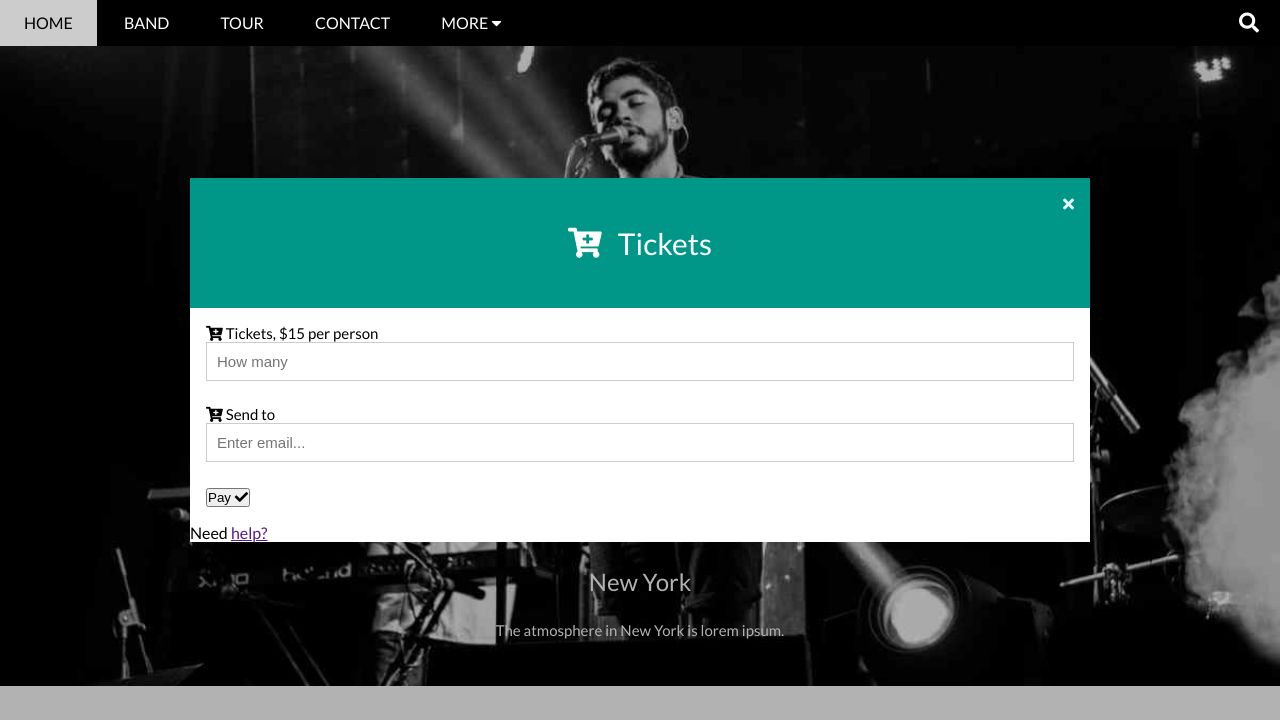
Repository: phunobi1807/theband
Page: index.html
These files come from the project's save history. The page is drawn as it stood at one moment and after the next save; the edit follows.
The browser window is 1280 px wide. The pictures show the window.
A layer covers the whole window, so only the first screen is drawn.

Above is the page before, as saved 2021-07-16 20:04:43.

After the next save:
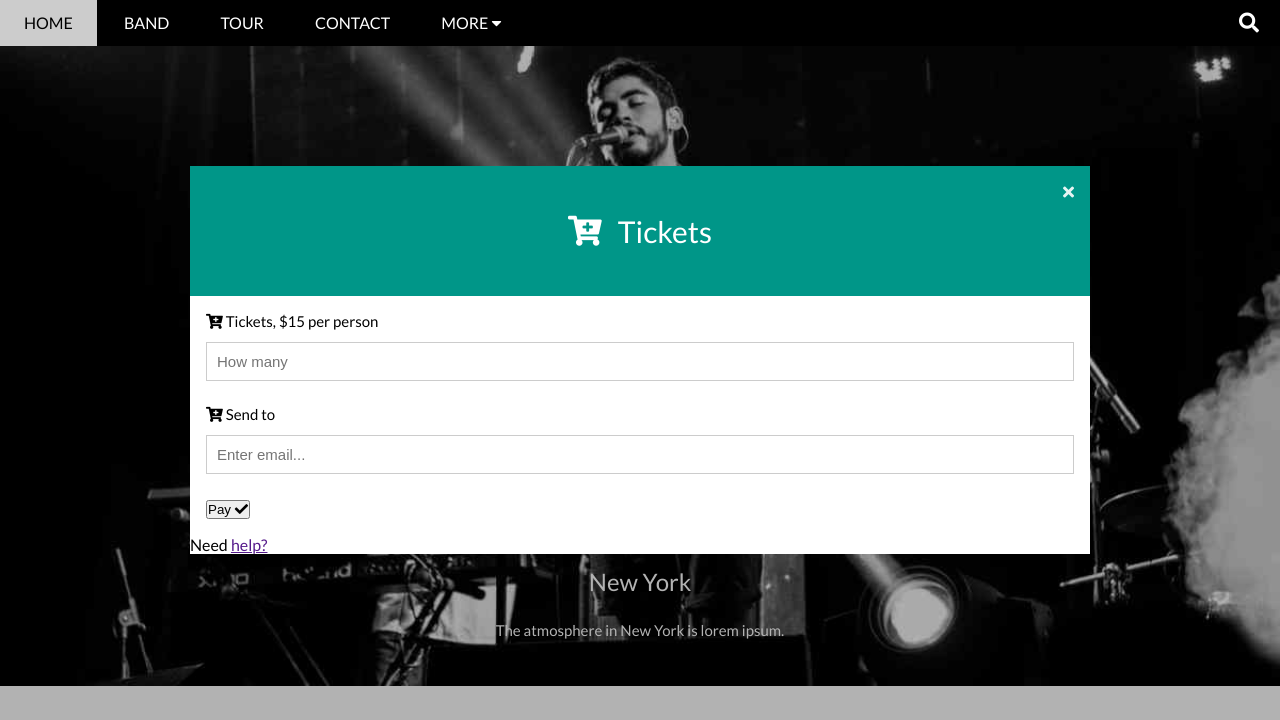
Saved 11 s later.
--- a/assets/css/style.css
+++ b/assets/css/style.css
@@ -332,6 +332,7 @@ html {
 {
     display: block;
     font-size: 15px;
+    margin-bottom: 12px;
 }
 .modal-input
 {
